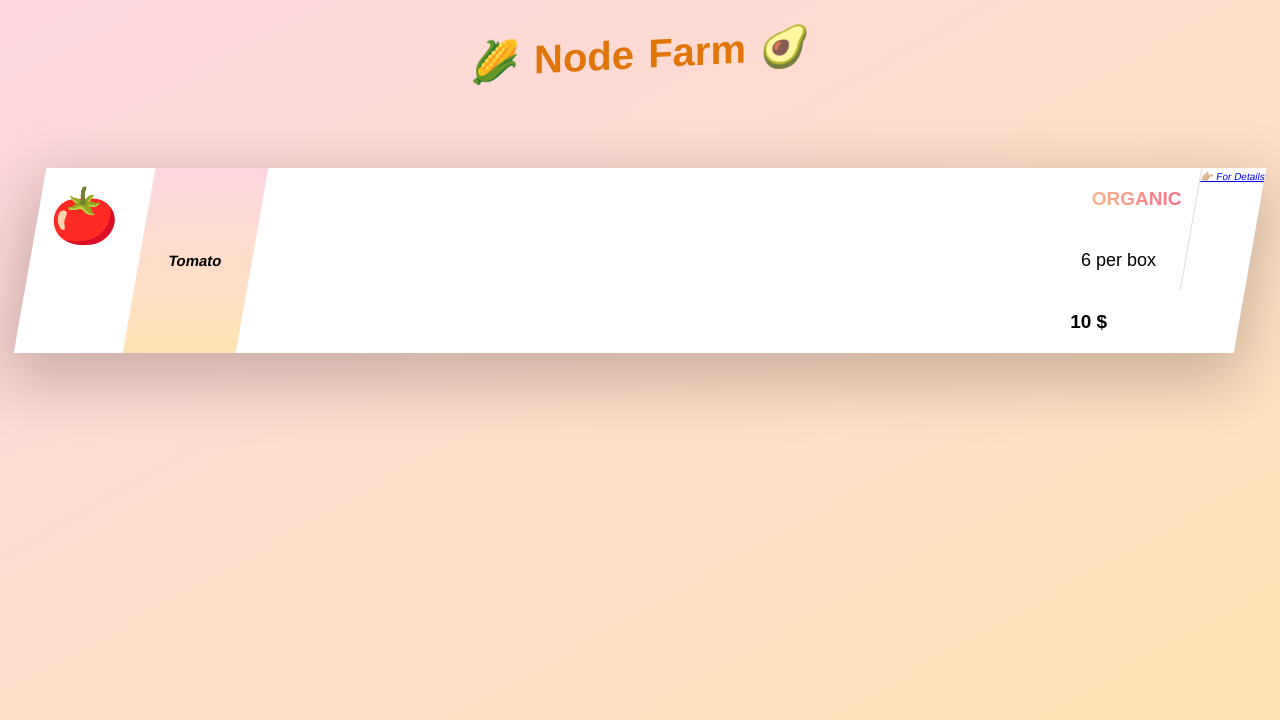
Repository: Kubraaygun/NodeFarm_Backend
Page: templates/overview.html
These files come from the project's save history. The page is drawn as it stood at one moment and after the next save; the edit follows.
The browser window is 1280 px wide. The pictures show the whole page.

Above is the page before, as saved 2025-09-02 21:11:46.

### templates/overview.html
<!DOCTYPE html>
<html lang="en">
  <head>
    <meta charset="UTF-8" />
    <meta name="viewport" content="width=device-width, initial-scale=1.0" />
    <title>NODE FARM</title>
    <style>
      *,
      *::before,
      *::after {
        margin: 0;
        padding: 0;
        box-sizing: inherit;
      }
      html {
        font-size: 10px;
        box-sizing: border-box;
      }
      body {
        padding: 20px 30px 10px;
        background: linear-gradient(to bottom right, #ffd6e0, #ffe4b5);
        min-height: 100vh;
        font-family: sans-serif;
        line-height: 1.7;
      }
      h1 {
        font-size: 4rem;
        color: rgb(224, 117, 10);
        transform: skewY(-3deg);
        text-align: center;
        position: relative;
        word-spacing: 3px;
      }
      .container {
        width: 100%;
        margin: 0 auto;
      }
      .cards-container {
        margin-top: 8rem;
      }
      .card {
        background-color: white;
        box-shadow: 0 2rem 6rem 1rem rgba(0, 0, 0, 0.2);
        margin-bottom: 5rem;
        display: flex;
        transform: skewX(-10deg);
      }
      .card__emoji {
        font-size: 5.5rem;
        line-height: 1.2;
        padding: 1.5rem 6rem 1rem 2rem;
        transform: skewX(10deg);
        letter-spacing: -4rem;
      }
      .card__title-box {
        background: linear-gradient(to bottom, #ffd6e0, #ffe4b5);
        margin-right: auto;
        display: flex;
        align-items: center;
        padding: 0 3rem;
      }
      .card__details {
        display: block;
      }
      .card__detail-box {
        align-self: stretch;
        display: flex;
        align-items: center;
        border-right: 1px solid #ddd;
      }
      .card__detail-box:last-child {
        border: none;
      }
      .card__detail {
        font-weight: 400;
        font-size: 1.8rem;
        transform: skewX(10deg);
        padding: 1.5rem;
      }
      .card__detail--organic {
        font-weight: 900;
        text-transform: uppercase;
        font-size: 1.9rem;
        background: linear-gradient(to right, #f9c38d, #f86187);
        --webkit-background-clip: text;
        background-clip: text;
        color: transparent;
      }
      .card__detail--price {
        font-weight: 900;
        font-size: 1.9rem;
      }
      .not-organic {
        display: none;
      }
    </style>
  </head>
  <body>
    <div class="container">
      <h1>🌽 Node Farm 🥑</h1>

      <div class="cards-container">
        <!-- {%PRODUCT_CARDS%} -->
        <figure class="card">
          <div class="card__emoji">🍅</div>
          <div class="card__title-box">
            <h2 class="card__title">
              <!-- {%PRODUCTNAME%} -->
              Tomato
            </h2>
          </div>

          <div class="card__details">
            <div class="card__detail-box">
              <h6 class="card__detail card__detail--organic">Organic</h6>
            </div>

            <div class="card__detail-box">
              <h6 class="card__detail">
                <!-- {%QUANTITY%} per box  -->
                6 per box
              </h6>
            </div>

            <div class="card__detail-box">
              <h6 class="card__detail card__detail--price">
                <!-- {%PRICE%} -->
                10 $
              </h6>
            </div>
          </div>

          <a href="/product?id={%ID%}" class="card__link">
            <span> 👉🏼 For Details </span>
          </a>
        </figure>
      </div>
    </div>
  </body>
</html>

After the next save:
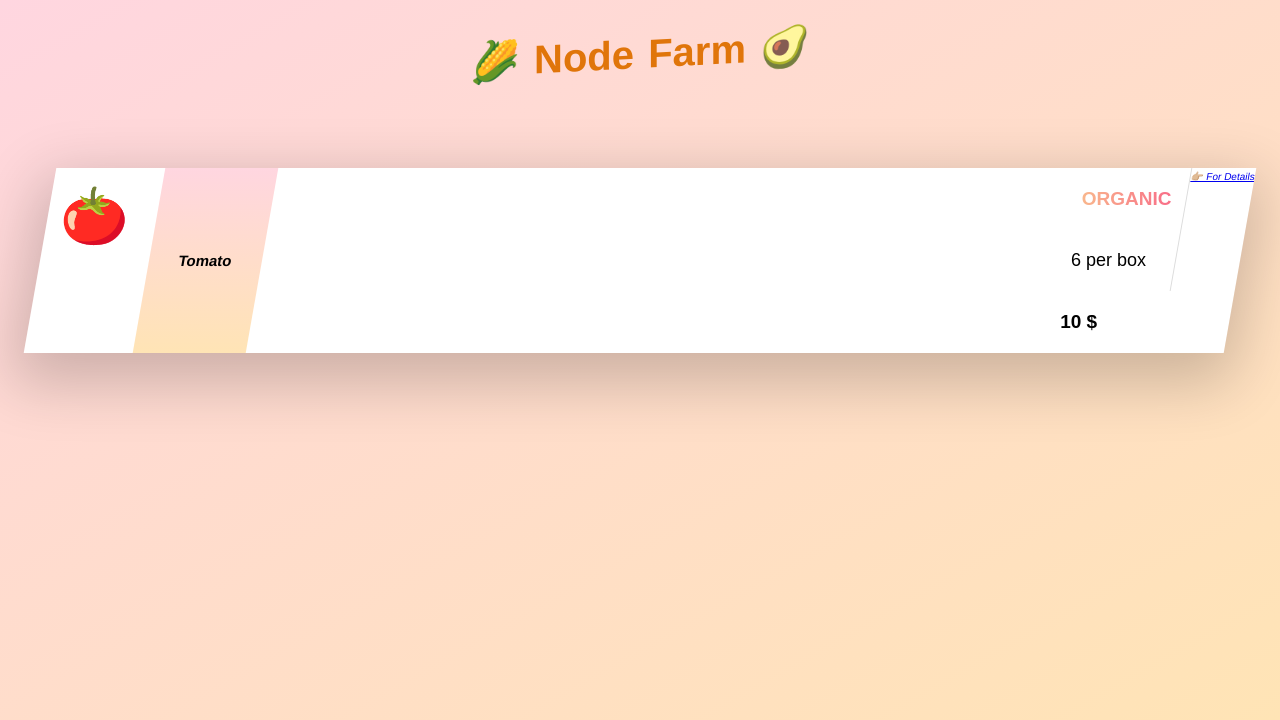
Saved 7 s later.
--- a/templates/overview.html
+++ b/templates/overview.html
@@ -17,7 +17,7 @@
         box-sizing: border-box;
       }
       body {
-        padding: 20px 30px 10px;
+        padding: 20px 40px 10px;
         background: linear-gradient(to bottom right, #ffd6e0, #ffe4b5);
         min-height: 100vh;
         font-family: sans-serif;
